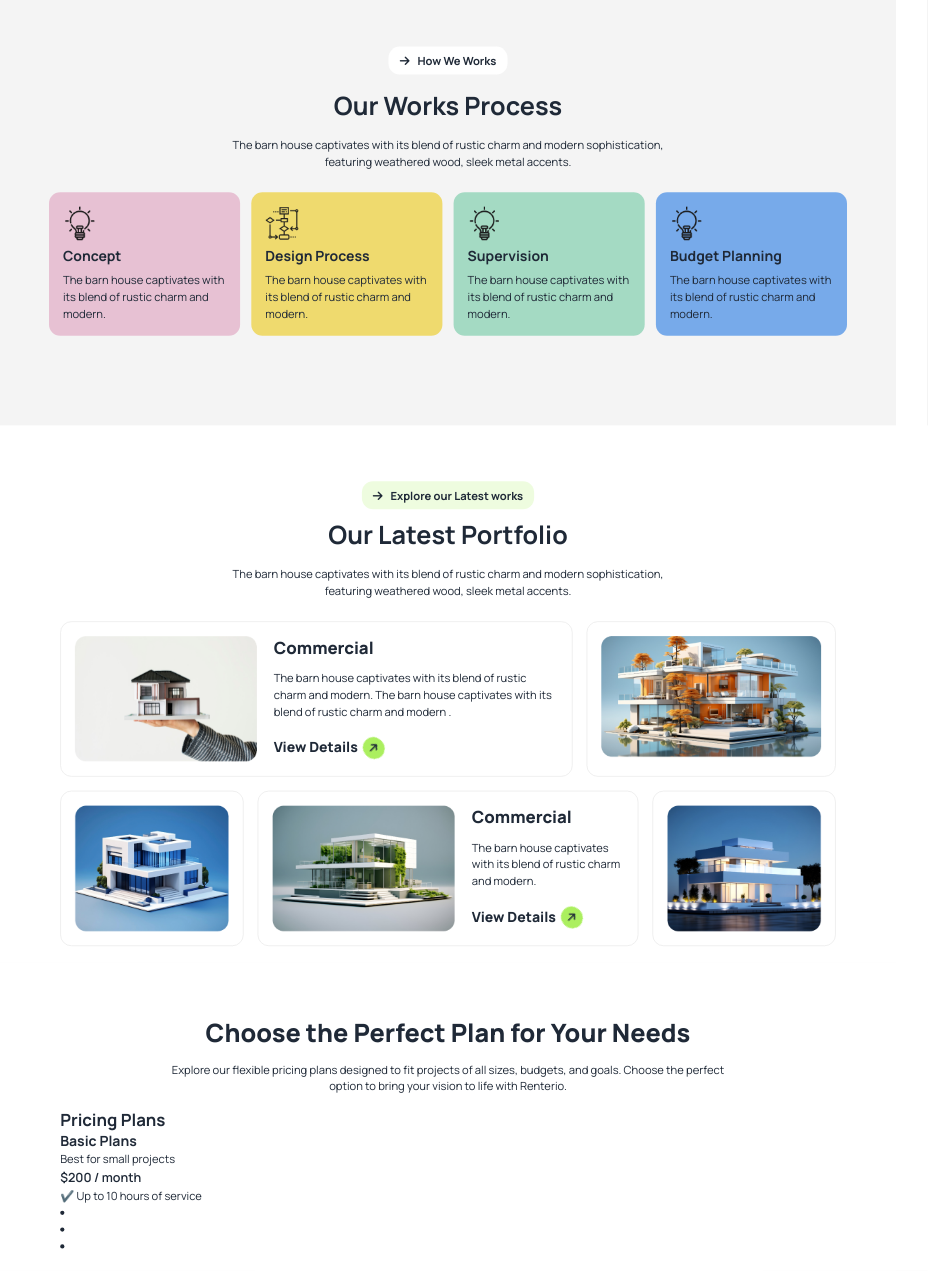
Repository: Tanvir4312/assignment-03
Page: index.html
An editor plug-in stored every save of this project. The page is shown before and after the next save, followed by the edit.
The browser window is 1280 px wide. The page is 1325 px wide, so the pictures cover 1325 px, including what lies to the right of the window. The pictures show the part of the page from y = 1691 to 3531 px (the page is 3507 px tall before and 3531 px after), at 70% of full size.
Some web libraries are served in a nearby version.

Above is the page before, as saved 2024-10-30 19:48:08.

After the next save:
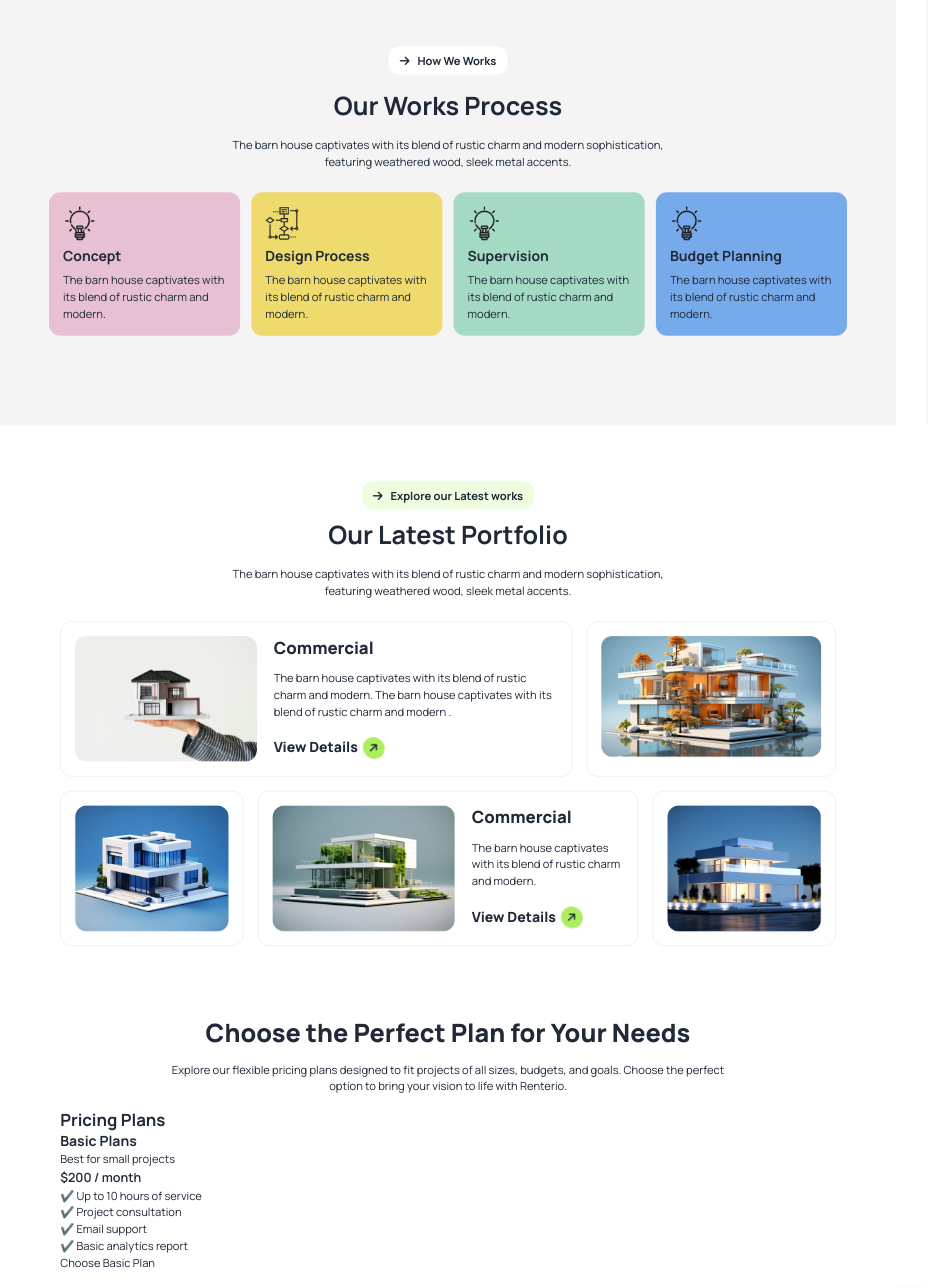
Saved 2 min 15 s later.
--- a/index.html
+++ b/index.html
@@ -305,10 +305,11 @@
                             <p>Best for small projects</p>
                             <h5 class="text-lg font-semibold">$200 / month</h5>
                             <li class="list-none">✔️ Up to 10 hours of service</li>
-                            <li></li>
-                            <li></li>
-                            <li></li>
-                        </div>
+                            <li class="list-none">✔️ Project consultation</li>
+                            <li class="list-none">✔️ Email support</li>
+                            <li class="list-none">✔️ Basic analytics report</li>
+                        </div>
+                        <button class="bgBtnColor">Choose Basic Plan</button>
                     </div>
 
                 </div>
